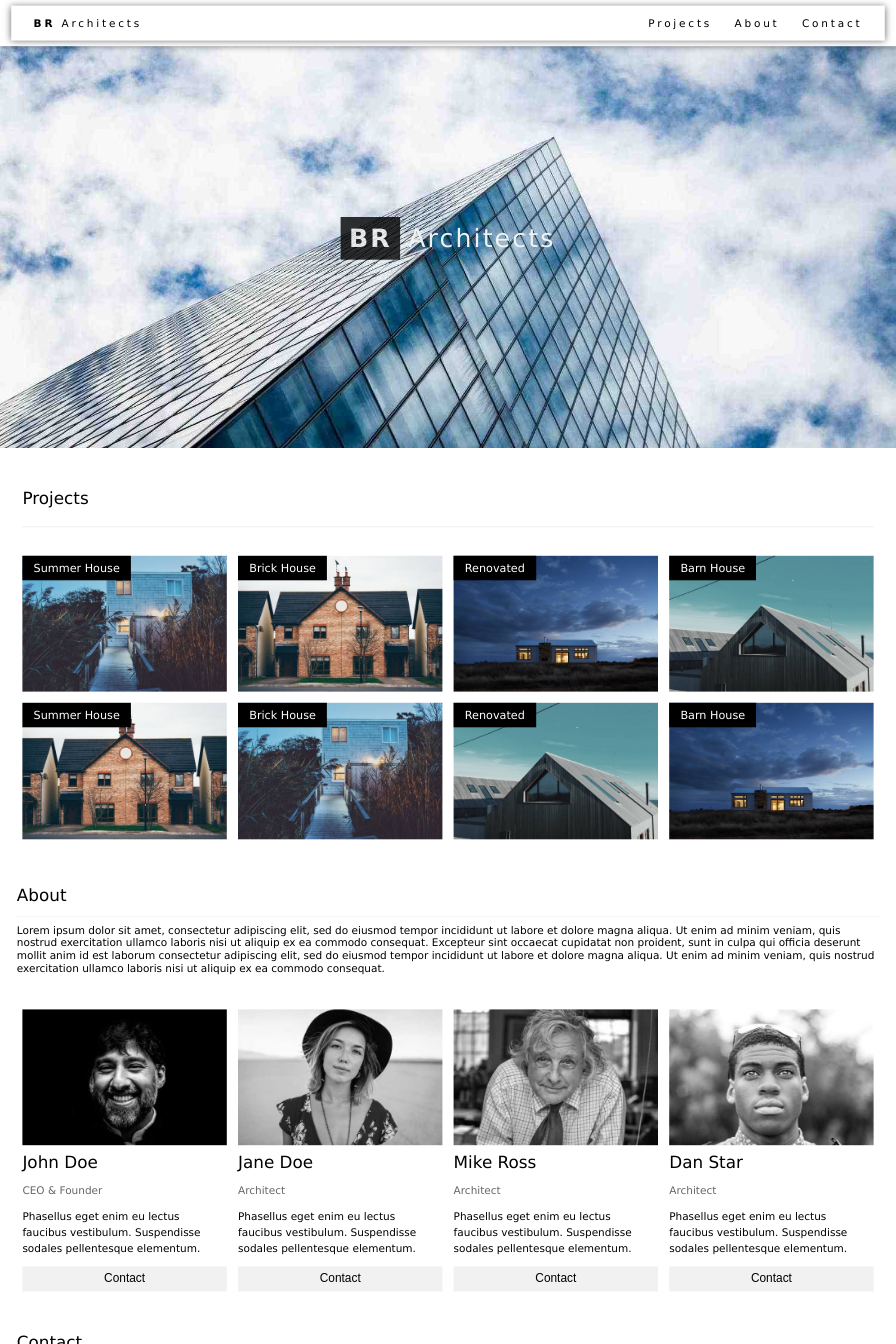
Repository: xd25vn/architects
Page: index.html
The author's editor kept a copy of each file at every save. The page is drawn from the files as they stood at one save, then again after the next save.
The browser window is 1280 px wide. The pictures show the part of the page from y = 0 to 1920 px (the page is 3110 px tall), at 70% of full size.

Above is the page before, as saved 2023-08-16 18:15:22.

After the next save:
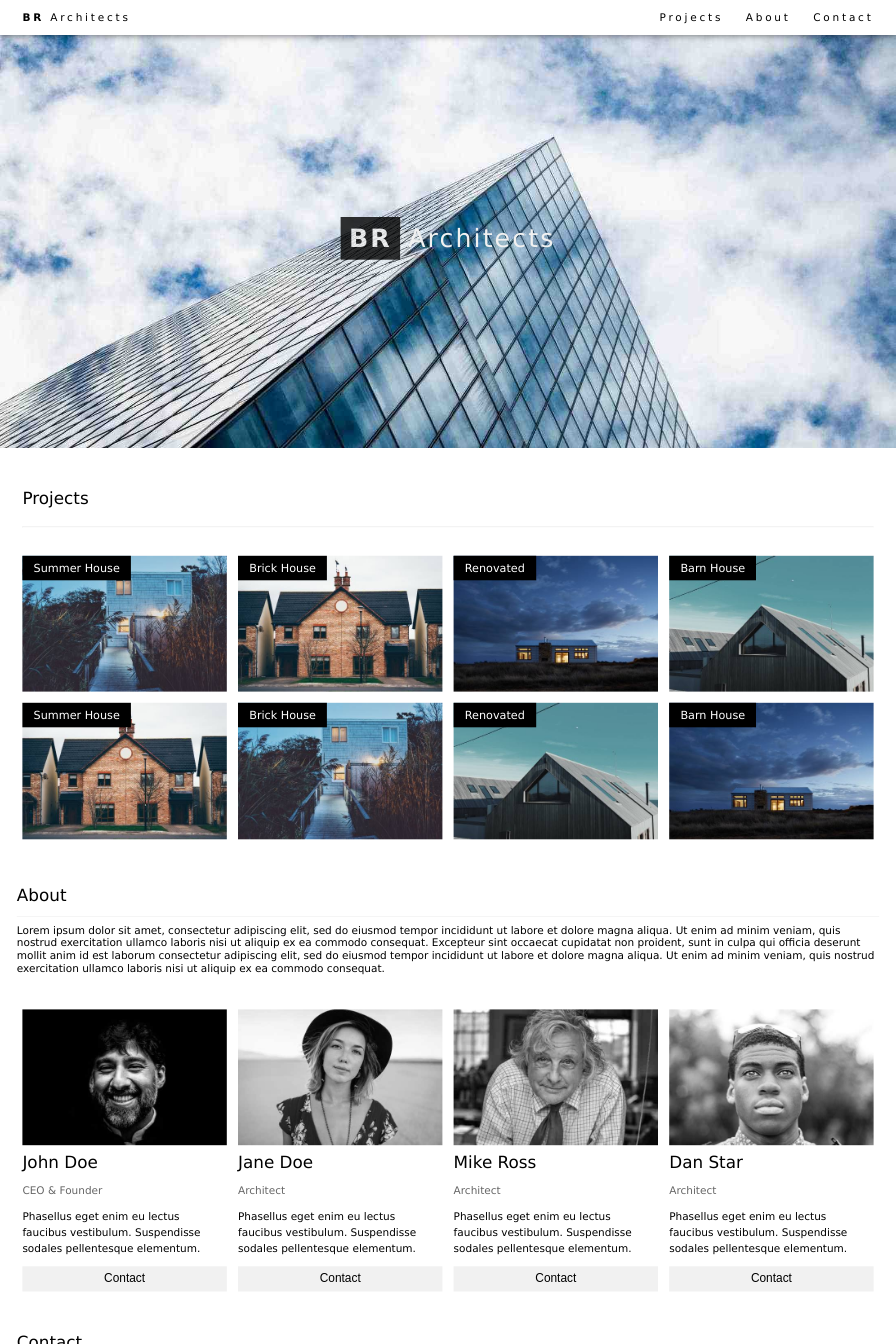
Saved 16 s later.
--- a/assets/css/style.css
+++ b/assets/css/style.css
@@ -31,10 +31,10 @@ header {
 }
 
 #nav {
-    background: #fff;
+    /* background: #fff;
     box-shadow: 0 0 10px rgba(0, 0, 0, 0.6);
     padding: 8px 16px;
-    width: 100%;
+    width: 100%; */
     /* position: fixed;
     z-index: 1; */
 }
